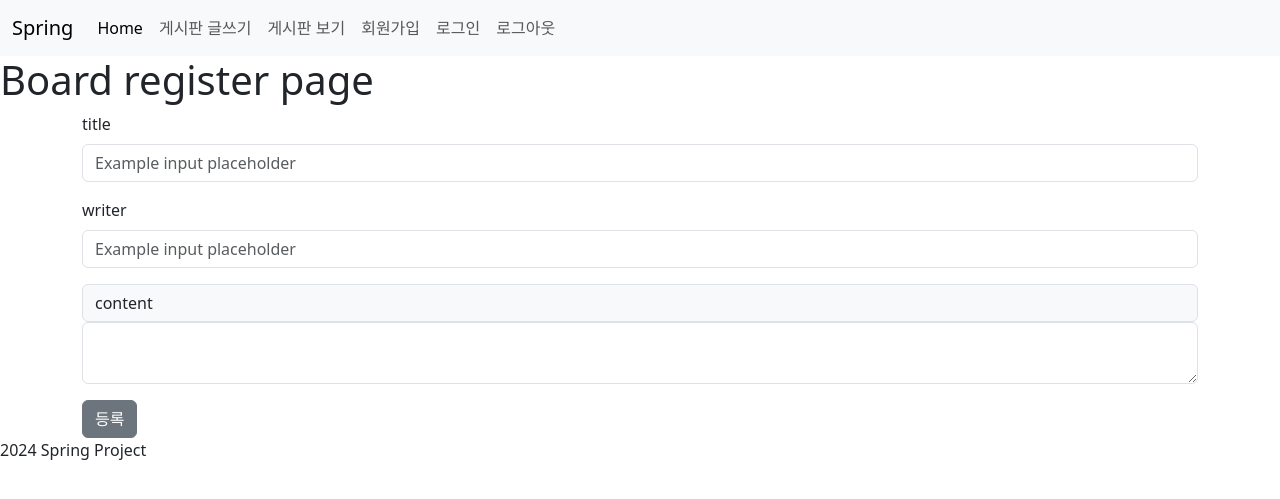
Repository: kimnoanoa/springTest240430
Page: http://localhost/spring_study/WEB-INF/views/board/register.jsp
These files come from the project's save history. The page is drawn as it stood at one moment and after the next save; the edit follows.
The browser window is 1280 px wide. The pictures show the whole page.
The page is served by Tomcat 9. Nobody is signed in. The template is opened directly, without the code that normally fills it, so the values that code supplies are empty.

Above is the page before, as saved 2024-04-24 01:12:02.

### spring_study/src/main/webapp/WEB-INF/views/board/register.jsp
<%@ page language="java" contentType="text/html; charset=UTF-8"
    pageEncoding="UTF-8"%>
    <jsp:include page="../layout/header.jsp"></jsp:include>
	<h1>Board register page</h1>
	<div class="container-md">
		<form action="/board/insert" method="post">
			<div class="mb-3">
			  <label for="t" class="form-label">title</label>
			  <input type="text" class="form-control" id="formGroupExampleInput" name ="title" placeholder="Example input placeholder">
			</div>
			<div class="mb-3">
			  <label for="w" class="form-label">writer</label>
			  <input type="text" class="form-control" id="formGroupExampleInput" name="writer" placeholder="Example input placeholder">
			</div>
			<div class="mb-3">
			  <span class="input-group-text">content</span>
			  <textarea class="form-control" aria-label="With textarea" name="content"></textarea>
			</div>
			<button type="button" class="btn btn-secondary">등록</button>
		</form>
	</div>

    <jsp:include page="../layout/footer.jsp"></jsp:include>

### spring_study/src/main/webapp/WEB-INF/views/layout/header.jsp
<%@ page language="java" contentType="text/html; charset=UTF-8"
    pageEncoding="UTF-8"%>
<!DOCTYPE html>
<html>
<head>
<meta charset="UTF-8">
<title>header.jsp</title>
</head>
<link href="https://cdn.jsdelivr.net/npm/bootstrap@5.3.3/dist/css/bootstrap.min.css" rel="stylesheet" integrity="sha384-QWTKZyjpPEjISv5WaRU9OFeRpok6YctnYmDr5pNlyT2bRjXh0JMhjY6hW+ALEwIH" crossorigin="anonymous">
<script src="https://cdn.jsdelivr.net/npm/bootstrap@5.3.3/dist/js/bootstrap.bundle.min.js" integrity="sha384-YvpcrYf0tY3lHB60NNkmXc5s9fDVZLESaAA55NDzOxhy9GkcIdslK1eN7N6jIeHz" crossorigin="anonymous"></script>
<body>
<nav class="navbar navbar-expand-lg bg-body-tertiary">
  <div class="container-fluid">
    <a class="navbar-brand" href="#">Spring</a>
    <button class="navbar-toggler" type="button" data-bs-toggle="collapse" data-bs-target="#navbarSupportedContent" aria-controls="navbarSupportedContent" aria-expanded="false" aria-label="Toggle navigation">
      <span class="navbar-toggler-icon"></span>
    </button>
    <div class="collapse navbar-collapse" id="navbarSupportedContent">
      <ul class="navbar-nav me-auto mb-2 mb-lg-0">
        <li class="nav-item">
          <a class="nav-link active" aria-current="page" href="#">Home</a>
        </li>
        <li class="nav-item">
          <a class="nav-link" href="/board/register">게시판 글쓰기</a>
        </li>
        <li class="nav-item">
          <a class="nav-link" href="/board/list">게시판 보기</a>
        </li>
        <li class="nav-item">
          <a class="nav-link" href="#">회원가입</a>
        </li>
        <li class="nav-item">
          <a class="nav-link" href="#">로그인</a>
        </li>
        <li class="nav-item">
          <a class="nav-link" href="#">로그아웃</a>
        </li>
        </ul>
    </div>
  </div>
</nav>

### spring_study/src/main/webapp/WEB-INF/views/layout/footer.jsp
<%@ page language="java" contentType="text/html; charset=UTF-8"
    pageEncoding="UTF-8"%>
<div>
2024 Spring Project
</div>
</body>
</html>

After the next save:
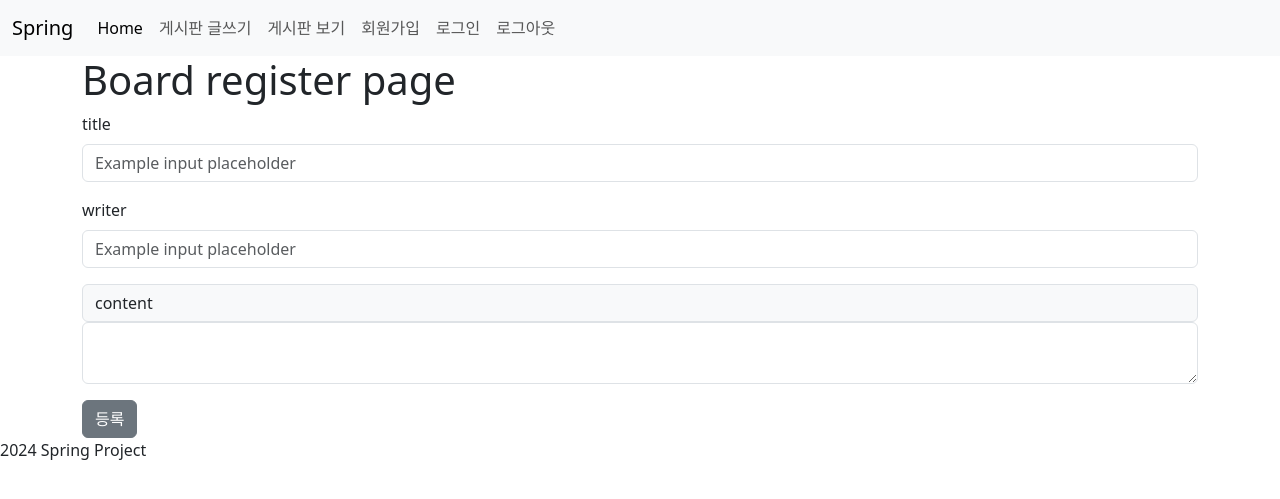
Saved 27 s later.
--- a/spring_study/src/main/webapp/WEB-INF/views/board/register.jsp
+++ b/spring_study/src/main/webapp/WEB-INF/views/board/register.jsp
@@ -1,8 +1,8 @@
 <%@ page language="java" contentType="text/html; charset=UTF-8"
     pageEncoding="UTF-8"%>
     <jsp:include page="../layout/header.jsp"></jsp:include>
+	<div class="container-md">
 	<h1>Board register page</h1>
-	<div class="container-md">
 		<form action="/board/insert" method="post">
 			<div class="mb-3">
 			  <label for="t" class="form-label">title</label>
